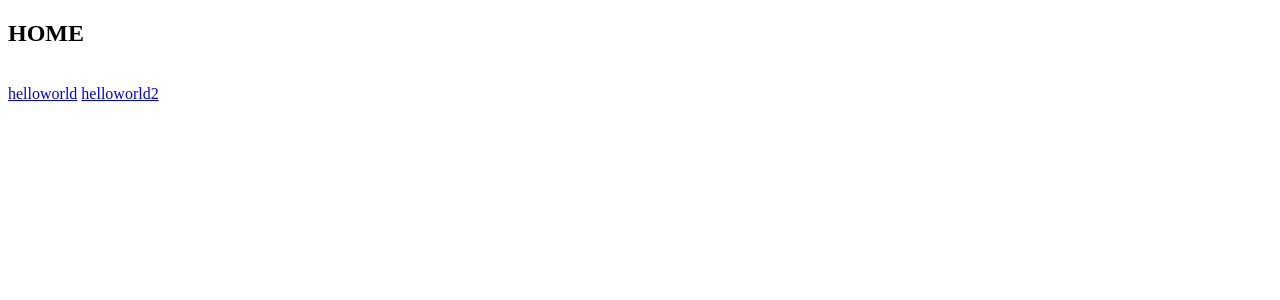
Repository: weiqilin66/workSpaceXD
Page: http://localhost/springmvc-1/
An editor plug-in stored every save of this project. The page is shown before and after the next save, followed by the edit.
The browser window is 1280 px wide. The pictures show the whole page.
The page is served by Tomcat 9. Other server files are loaded and not shown.

Above is the page before, as saved 2019-09-18 07:06:34.

### workspace/eclipseworkspace/ws01-study/springmvc-1/WebContent/index.jsp
<%@ page language="java" contentType="text/html; charset=ISO-8859-1"
    pageEncoding="ISO-8859-1"%>
<!DOCTYPE html>
<html>
<head>
<meta charset="ISO-8859-1">
<title>Insert title here</title>
</head>
<body>
<h2>HOME</h2>
<br>
<a href="helloworld"> helloworld</a>
<a href="test/helloworld"> helloworld2</a>
</body>
</html>

After the next save:
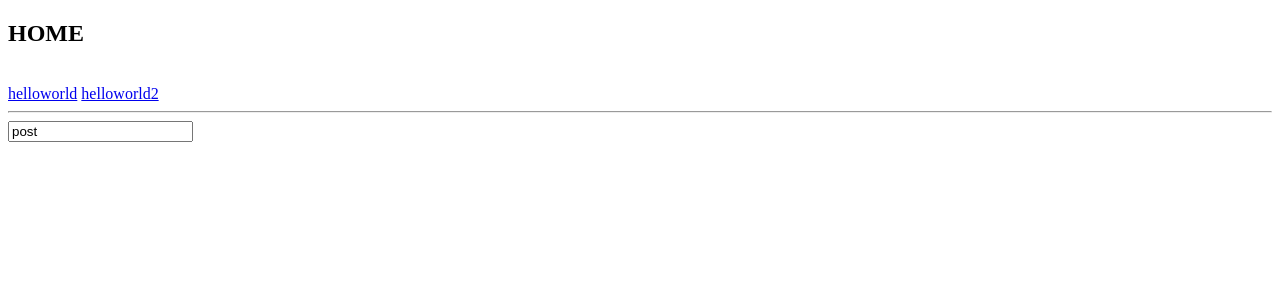
Saved 50 s later.
--- a/workspace/eclipseworkspace/ws01-study/springmvc-1/WebContent/index.jsp
+++ b/workspace/eclipseworkspace/ws01-study/springmvc-1/WebContent/index.jsp
@@ -11,5 +11,9 @@
 <br>
 <a href="helloworld"> helloworld</a>
 <a href="test/helloworld"> helloworld2</a>
+<hr>
+<form action="test/helloworldpost">
+<input value="post">
+</form>
 </body>
 </html>
